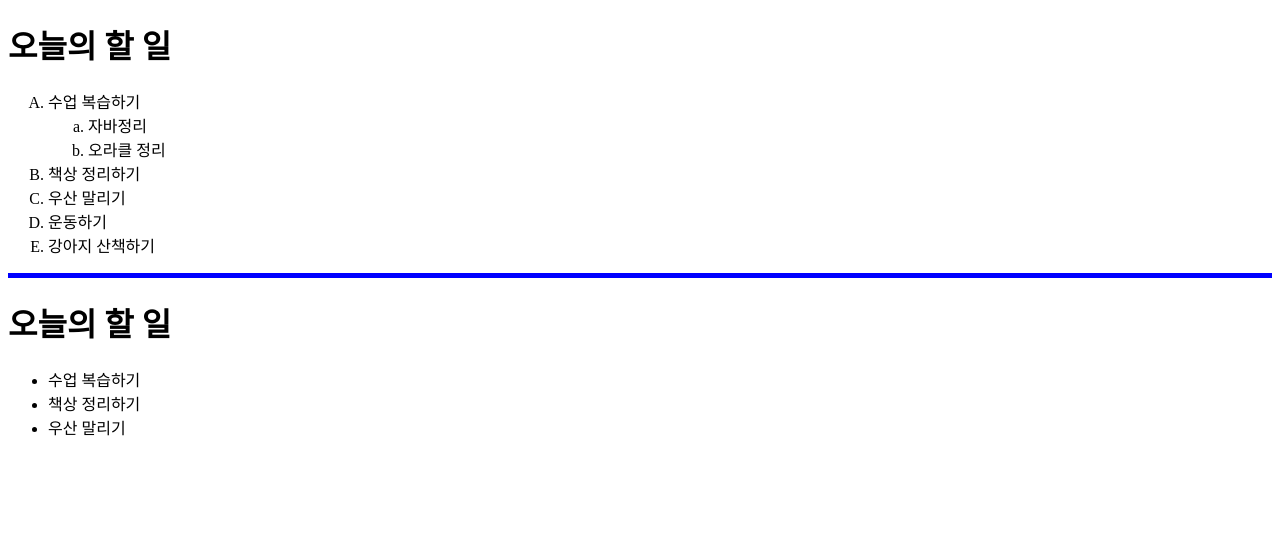
Repository: hb6700/client
Page: ClientTest/src/main/webapp/html/ex10_list.html
These files come from the project's save history. The page is drawn as it stood at one moment and after the next save; the edit follows.
The browser window is 1280 px wide. The pictures show the whole page.

Above is the page before, as saved 2023-09-20 02:12:00.

After the next save:
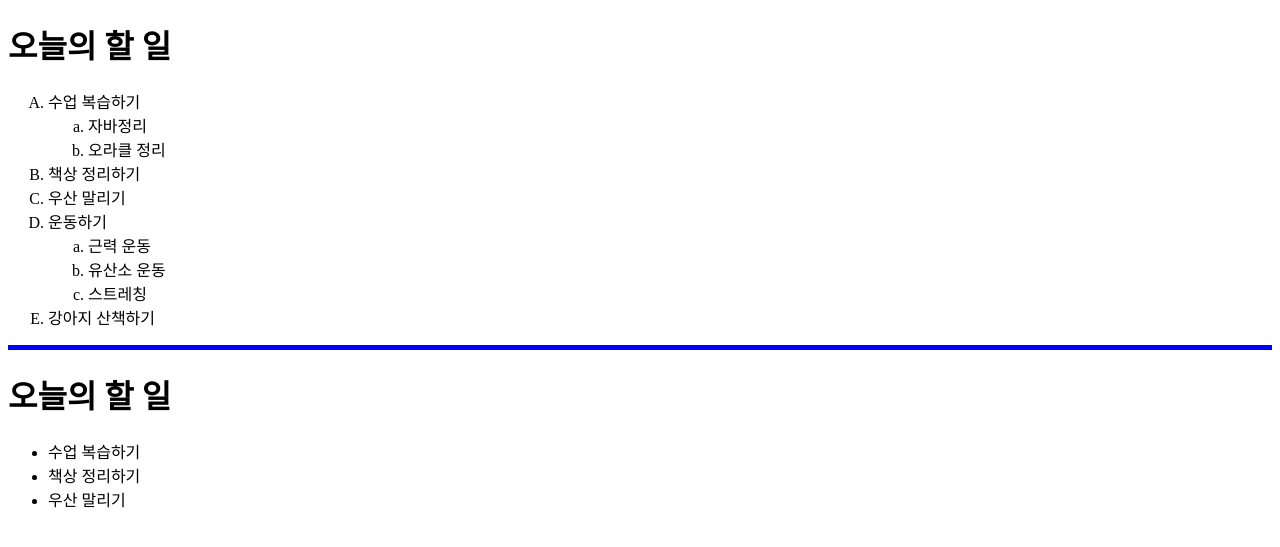
Saved 62 s later.
--- a/ClientTest/src/main/webapp/html/ex10_list.html
+++ b/ClientTest/src/main/webapp/html/ex10_list.html
@@ -31,7 +31,14 @@
 			</ol>
 			<li>책상 정리하기</li>
 			<li>우산 말리기</li>
-			<li>운동하기</li>
+			<li>
+				운동하기
+				<ol type ="a">
+					<li>근력 운동</li>
+					<li>유산소 운동</li>
+					<li>스트레칭</li>
+				</ol>
+			</li>
 			<li>강아지 산책하기</li>
 		</ol>
 		<hr size="5" color="blue">
